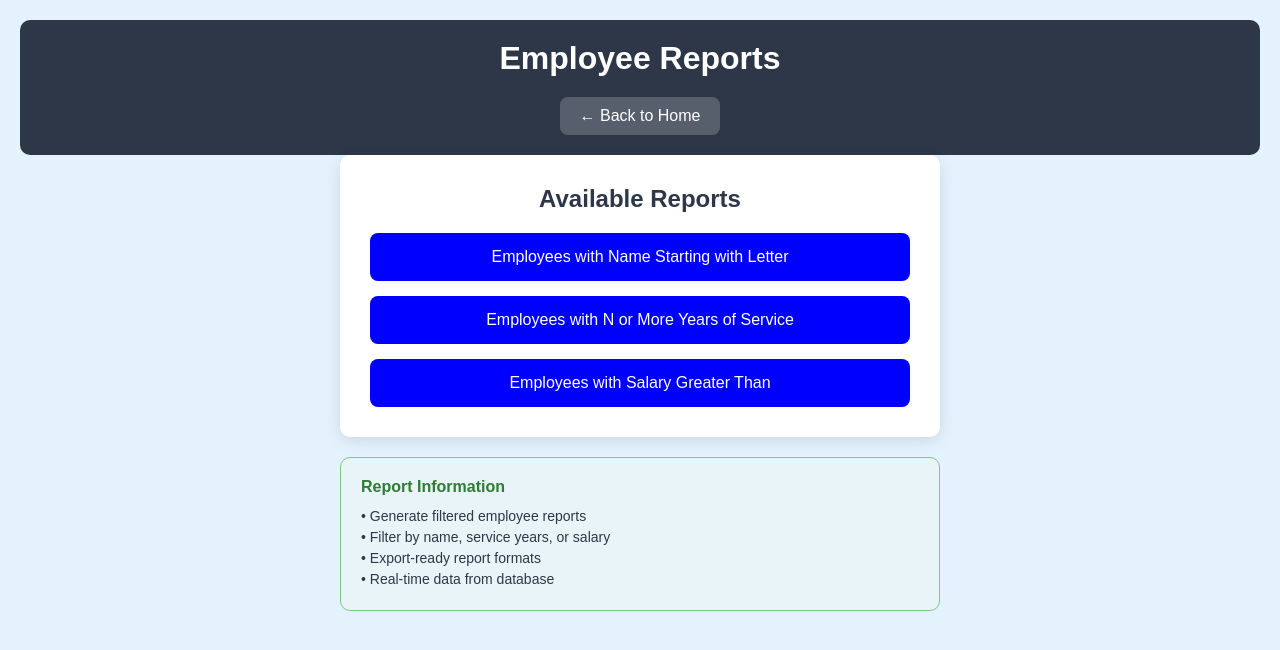
Repository: sweekrithishetty28/Employee_Salary_Management
Page: http://localhost/EmployeeWebApp/reports.jsp
An editor plug-in stored every save of this project. The page is shown before and after the next save, followed by the edit.
The browser window is 1280 px wide. The pictures show the whole page.
The page is served by Tomcat 9.

Above is the page before, as saved 2025-05-28 05:55:57.

After the next save:
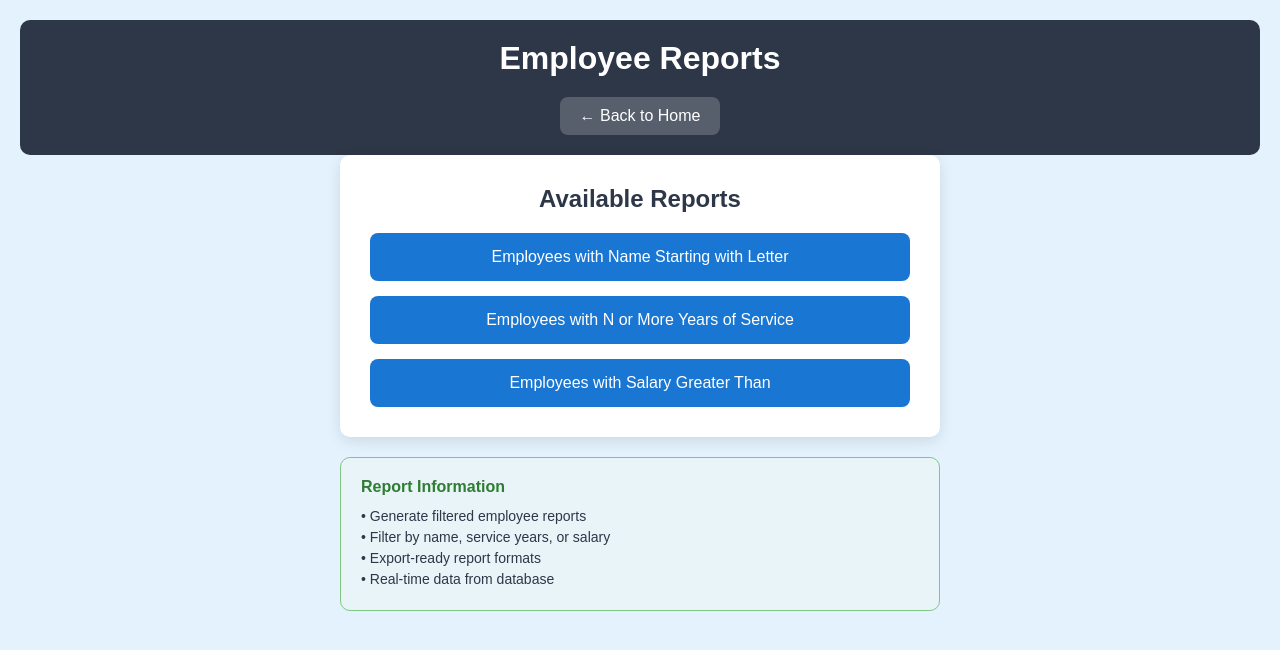
Saved 17 s later.
--- a/Employee Salary Mangement/EmployeeWebApp/src/main/webapp/reports.jsp
+++ b/Employee Salary Mangement/EmployeeWebApp/src/main/webapp/reports.jsp
@@ -39,7 +39,7 @@ h2 {
 }
 .report-link {
     display: block;
-    background: blue;
+    background: #1976d2;
     color: white;
     text-decoration: none;
     padding: 15px 20px;
